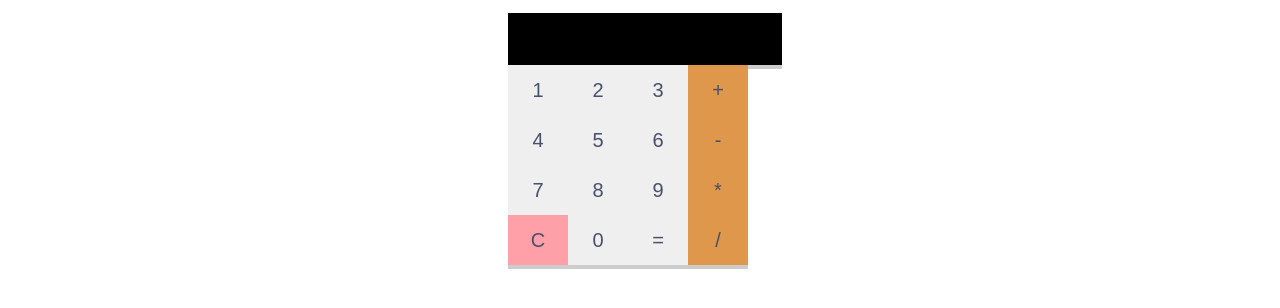
Repository: Drumstrum88/LAB-calculator
Page: index.html
An editor plug-in stored every save of this project. The page is shown before and after a run of saves, followed by the edit.
The browser window is 1280 px wide. The pictures show the whole page.

Above is the page before, as saved 2023-04-15 21:01:12.

After the next 2 saves:
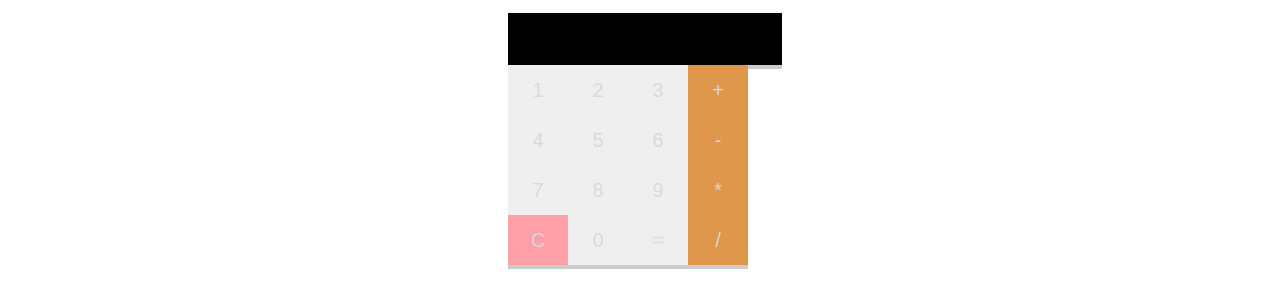
The 2 saves are shown as one change because they came seconds apart.
The last was saved 56 s later.
--- a/main.css
+++ b/main.css
@@ -33,7 +33,7 @@ input{
   left: 5px;
   top: 5px;
   border: 0;
-  color: #495069;
+  color:#d8d9db ;
   background-color: 4px;
   width: 60px;
   height: 50px;
